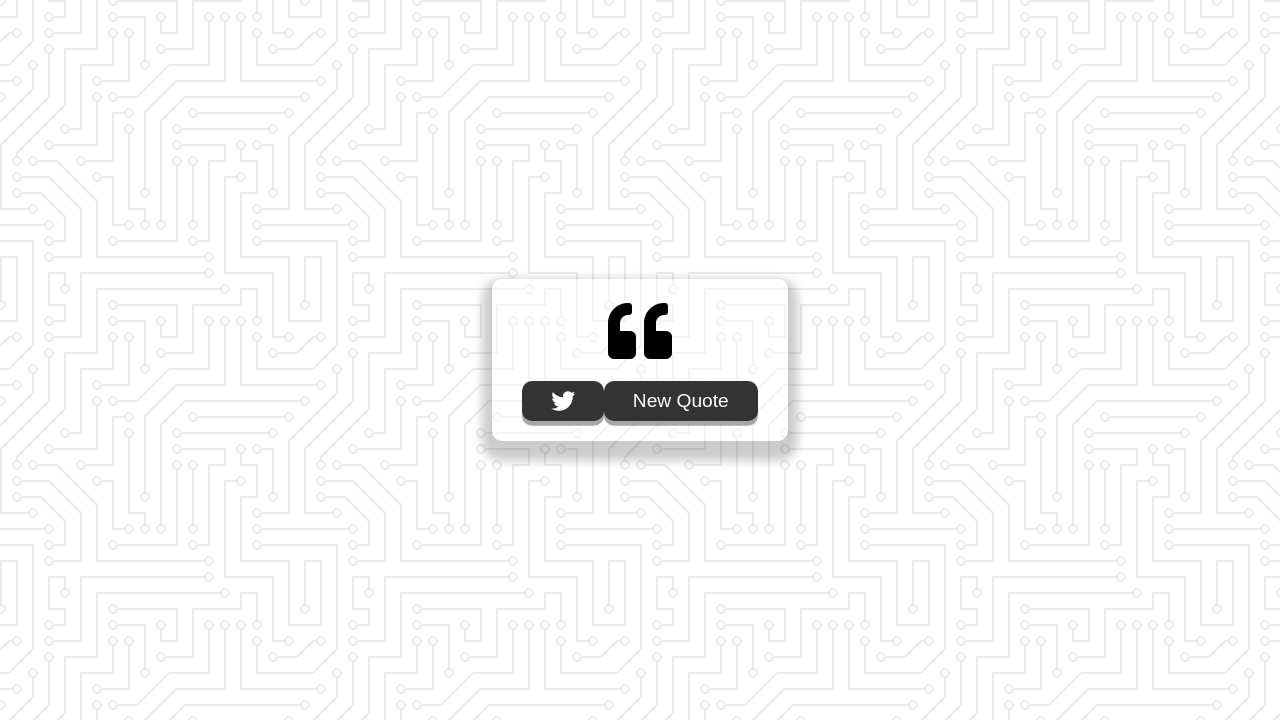
Repository: Badynko/quote-generator
Page: index.html
The author's editor kept a copy of each file at every save. The page is drawn from the files as they stood at one save, then again after the next save.
The browser window is 1280 px wide. The pictures show the whole page.
The page's requests for data from a server got no answer. Some web libraries are served in a nearby version.

Above is the page before, as saved 2024-05-09 17:36:58.

After the next save:
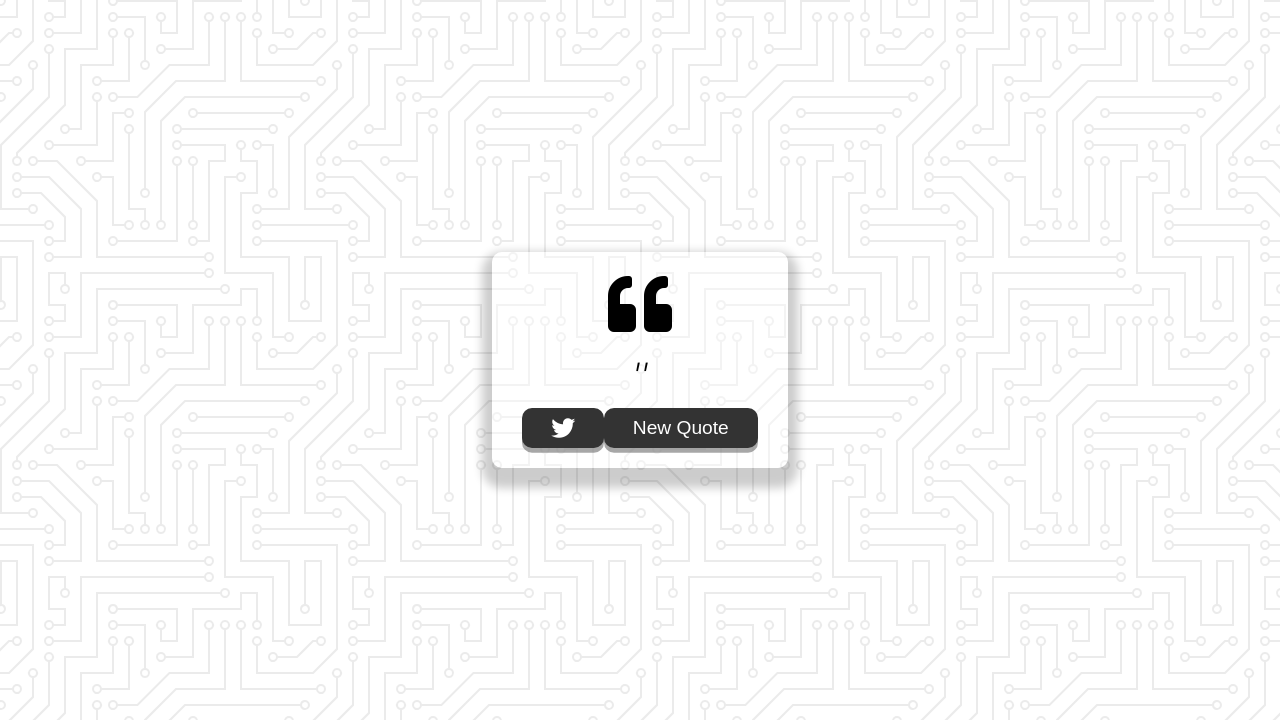
Saved 62 s later.
--- a/index.html
+++ b/index.html
@@ -22,7 +22,7 @@
       </div>
       <!-- Author -->
       <div class="quote-author">
-        <span id="author"></span>
+        <span id="author">''</span>
       </div>
       <!-- Buttons -->
       <div class="button-container">

After the 2 saves that followed:
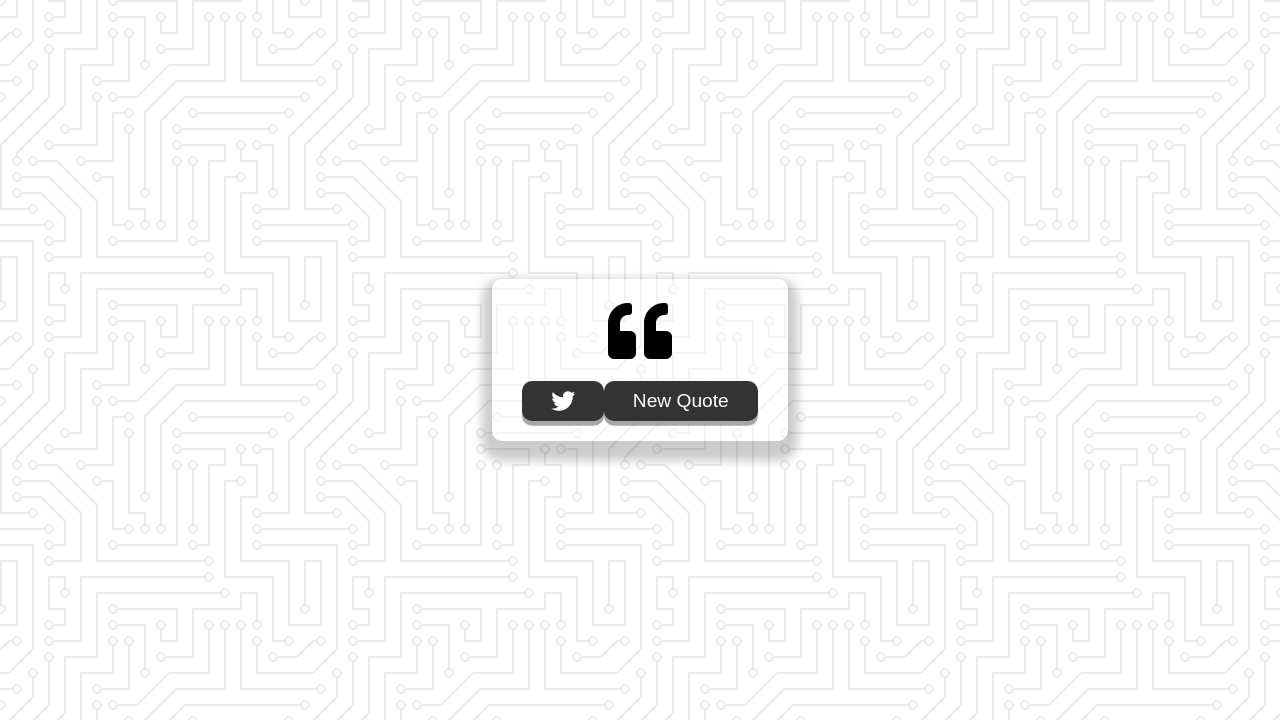
The 2 saves are shown as one change because 1 left the picture as it was.
The last was saved 62 s later.
--- a/index.html
+++ b/index.html
@@ -22,7 +22,7 @@
       </div>
       <!-- Author -->
       <div class="quote-author">
-        <span id="author">''</span>
+        <span id="author"></span>
       </div>
       <!-- Buttons -->
       <div class="button-container">
--- a/script.js
+++ b/script.js
@@ -10,7 +10,8 @@ let apiQuotes = [];
 function newQuote() {
   // Pick a random quote from apiQuotes array
   const quote = apiQuotes[Math.floor(Math.random() * apiQuotes.length)];
-  authorText.textContent = quote.author;
+  // Check if Author is blank and replace it with 'unknow'
+
   quoteText.textContent = quote.text;
 }
 
